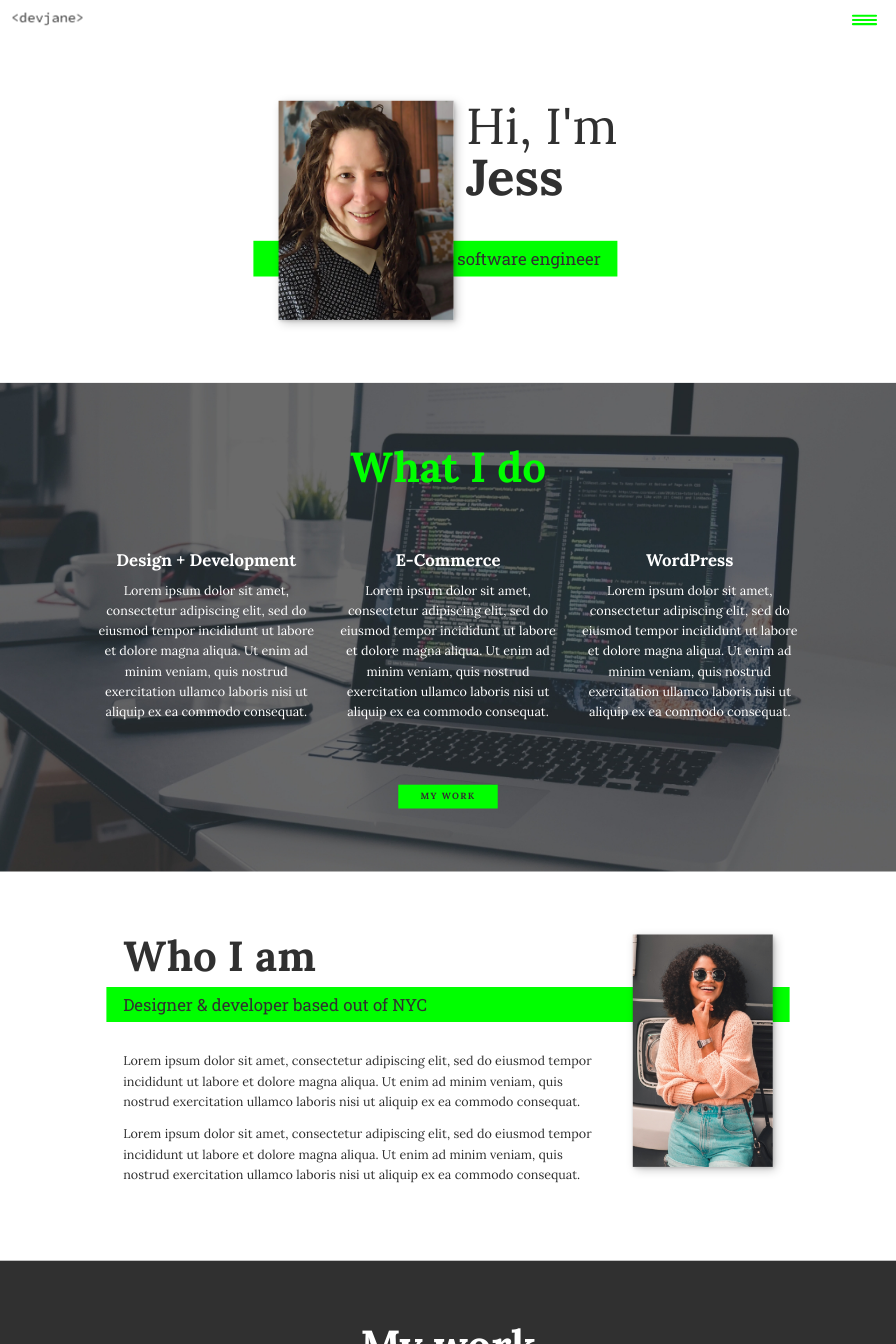
Repository: DinoDime/site
Page: index.html
These files come from the project's save history. The page is drawn as it stood at one moment and after the next save; the edit follows.
The browser window is 1280 px wide. The pictures show the part of the page from y = 0 to 1920 px (the page is 3293 px tall before and 3275 px after), at 70% of full size.
Some web libraries are served in a nearby version.

Above is the page before, as saved 2021-04-29 08:01:36.

### index.html
<!DOCTYPE html>
<html lang="en">
  <head>
    <link
      rel="stylesheet"
      href="https://cdnjs.cloudflare.com/ajax/libs/normalize/8.0.1/normalize.css"
    />
    <meta charset="UTF-8" />
    <meta name="viewport" content="width=device-width, initial-scale=1.0" />
    <title>Jess Perschke</title>
    <link
      rel="stylesheet"
      href="https://cdnjs.cloudflare.com/ajax/libs/normalize/7.0.0/normalize.min.css"
    />
    <link
      rel="stylesheet"
      href="https://cdnjs.cloudflare.com/ajax/libs/font-awesome/5.11.2/css/all.css"
      integrity="sha256-46qynGAkLSFpVbEBog43gvNhfrOj+BmwXdxFgVK/Kvc="
      crossorigin="anonymous"
    />

    <!-- Update these with your own fonts -->
    <link
      href="https://fonts.googleapis.com/css?family=Lora:400,700|Roboto+Slab:400,700&display=swap"
      rel="stylesheet"
    />

    <link rel="stylesheet" href="css/style.css" />
  </head>
  <body>
    <header>
      <div class="logo">
        <img src="img/devjane.png" alt="" />
      </div>
      <button class="nav-toggle" aria-label="toggle navigation">
        <span class="hamburger"></span>
      </button>
      <nav class="nav">
        <ul class="nav__list">
          <li class="nav__item"><a href="#home" class="nav__link">Home</a></li>
          <li class="nav__item">
            <a href="#services" class="nav__link">My Services</a>
          </li>
          <li class="nav__item">
            <a href="#about" class="nav__link">About me</a>
          </li>
          <li class="nav__item">
            <a href="#work" class="nav__link">My Work</a>
          </li>
        </ul>
      </nav>
    </header>

    <!-- Introduction -->
    <section class="intro" id="home">
      <h1 class="section__title section__title--intro">
        Hi, I'm <strong>Jess</strong>
      </h1>
      <p class="section__subtitle section__subtitle--intro">
        software engineer
      </p>
      <img
        src="img/jess.jpg"
        alt="a picture of Jess Perschke smiling"
        class="intro__img"
      />
    </section>

    <!-- My services -->
    <section class="my-services" id="services">
      <h2 class="section__title section__title--services">What I do</h2>
      <div class="services">
        <div class="service">
          <h3>Design + Development</h3>
          <p>
            Lorem ipsum dolor sit amet, consectetur adipiscing elit, sed do
            eiusmod tempor incididunt ut labore et dolore magna aliqua. Ut enim
            ad minim veniam, quis nostrud exercitation ullamco laboris nisi ut
            aliquip ex ea commodo consequat.
          </p>
        </div>
        <!-- / service -->

        <div class="service">
          <h3>E-Commerce</h3>
          <p>
            Lorem ipsum dolor sit amet, consectetur adipiscing elit, sed do
            eiusmod tempor incididunt ut labore et dolore magna aliqua. Ut enim
            ad minim veniam, quis nostrud exercitation ullamco laboris nisi ut
            aliquip ex ea commodo consequat.
          </p>
        </div>
        <!-- / service -->

        <div class="service">
          <h3>WordPress</h3>
          <p>
            Lorem ipsum dolor sit amet, consectetur adipiscing elit, sed do
            eiusmod tempor incididunt ut labore et dolore magna aliqua. Ut enim
            ad minim veniam, quis nostrud exercitation ullamco laboris nisi ut
            aliquip ex ea commodo consequat.
          </p>
        </div>
        <!-- / service -->
      </div>
      <!-- / services -->

      <a href="#work" class="btn">My Work</a>
    </section>

    <!-- About me -->
    <section class="about-me" id="about">
      <h2 class="section__title section__title--about">Who I am</h2>
      <p class="section__subtitle section__subtitle--about">
        Designer & developer based out of NYC
      </p>

      <div class="about-me__body">
        <p>
          Lorem ipsum dolor sit amet, consectetur adipiscing elit, sed do
          eiusmod tempor incididunt ut labore et dolore magna aliqua. Ut enim ad
          minim veniam, quis nostrud exercitation ullamco laboris nisi ut
          aliquip ex ea commodo consequat.
        </p>
        <p>
          Lorem ipsum dolor sit amet, consectetur adipiscing elit, sed do
          eiusmod tempor incididunt ut labore et dolore magna aliqua. Ut enim ad
          minim veniam, quis nostrud exercitation ullamco laboris nisi ut
          aliquip ex ea commodo consequat.
        </p>
      </div>

      <img
        src="img/dev-jane-02.jpg"
        alt="Jane leaning against a bus"
        class="about-me__img"
      />
    </section>

    <!-- My Work -->
    <section class="my-work" id="work">
      <h2 class="section__title section__title--work">My work</h2>
      <p class="section__subtitle section__subtitle--work">
        A selection of my range of work
      </p>

      <div class="portfolio">
        <!-- Portfolio item 01 -->
        <a href="portfolio-item.html" class="portfolio__item">
          <img src="img/portfolio-01.jpg" alt="" class="portfolio__img" />
        </a>

        <!-- Portfolio item 02 -->
        <a href="portfolio-item.html" class="portfolio__item">
          <img src="img/portfolio-02.jpg" alt="" class="portfolio__img" />
        </a>

        <!-- Portfolio item 03 -->
        <a href="portfolio-item.html" class="portfolio__item">
          <img src="img/portfolio-03.jpg" alt="" class="portfolio__img" />
        </a>

        <!-- Portfolio item 04 -->
        <a href="portfolio-item.html" class="portfolio__item">
          <img src="img/portfolio-04.jpg" alt="" class="portfolio__img" />
        </a>

        <!-- Portfolio item 05 -->
        <a href="portfolio-item.html" class="portfolio__item">
          <img src="img/portfolio-05.jpg" alt="" class="portfolio__img" />
        </a>

        <!-- Portfolio item 06 -->
        <a href="portfolio-item.html" class="portfolio__item">
          <img src="img/portfolio-06.jpg" alt="" class="portfolio__img" />
        </a>

        <!-- Portfolio item 07 -->
        <a href="portfolio-item.html" class="portfolio__item">
          <img src="img/portfolio-07.jpg" alt="" class="portfolio__img" />
        </a>

        <!-- Portfolio item 08 -->
        <a href="#" class="portfolio__item">
          <img src="img/portfolio-08.jpg" alt="" class="portfolio__img" />
        </a>

        <!-- Portfolio item 09 -->
        <a href="#" class="portfolio__item">
          <img src="img/portfolio-09.jpg" alt="" class="portfolio__img" />
        </a>

        <!-- Portfolio item 0 0-->
        <a href="#" class="portfolio__item">
          <img src="img/portfolio-10.jpg" alt="" class="portfolio__img" />
        </a>
      </div>
    </section>

    <!-- Footer -->
    <footer class="footer">
      <!-- replace with your own email address -->
      <a href="mailto:hello@jane.dev" class="footer__link">hello@jane.dev</a>
      <ul class="social-list">
        <li class="social-list__item">
          <a class="social-list__link" href="https://codepen.io">
            <i class="fab fa-codepen"></i>
          </a>
        </li>
        <li class="social-list__item">
          <a class="social-list__link" href="http://dribbble.com">
            <i class="fab fa-dribbble"></i>
          </a>
        </li>
        <li class="social-list__item">
          <a class="social-list__link" href="https://twitter.com">
            <i class="fab fa-twitter"></i>
          </a>
        </li>
        <li class="social-list__item">
          <a class="social-list__link" href="https://github.com">
            <i class="fab fa-github"></i>
          </a>
        </li>
      </ul>
    </footer>

    <script src="js/index.js"></script>
  </body>
</html>

### css/style.css
*,
*::before,
*::after {
  box-sizing: border-box;
}

/* Custom Properties, update these for your own design */

:root {
  --ff-primary: "Lora", serif;
  --ff-secondary: "Roboto Slab", serif;

  --fw-reg: 400;
  --fw-bold: 700;

  --clr-light: #fff;
  --clr-dark: #303030;
  --clr-accent: lime;

  --fs-h1: 3rem;
  --fs-h2: 2.25rem;
  --fs-h3: 1.25rem;
  --fs-body: 1rem;

  --bs: 0.25em 0.25em 0.75em rgba(0, 0, 0, 0.25),
    0.125em 0.125em 0.25em rgba(0, 0, 0, 0.15);
}

@media (min-width: 800px) {
  :root {
    --fs-h1: 4.5rem;
    --fs-h2: 3.75rem;
    --fs-h3: 1.5rem;
    --fs-body: 1.125rem;
  }
}

/* General styles */

/* endable this to add smooth scrolling */
/* html {
    scroll-behavior: smooth;
} */

body {
  background: var(--clr-light);
  color: var(--clr-dark);
  margin: 0;
  font-family: var(--ff-primary);
  font-size: var(--fs-body);
  line-height: 1.6;
}

section {
  padding: 5em 2em;
}

img {
  display: block;
  max-width: 100%;
}

strong {
  font-weight: var(--fw-bold);
}

:focus {
  outline: 3px solid var(--clr-accent);
  outline-offset: 3px;
}

/* Buttons */

.btn {
  display: inline-block;
  padding: 0.5em 2.5em;
  background: var(--clr-accent);
  color: var(--clr-dark);
  text-decoration: none;
  cursor: pointer;
  font-size: 0.8rem;
  text-transform: uppercase;
  letter-spacing: 2px;
  font-weight: var(--fw-bold);
  transition: transform 200ms ease-in-out;
}

.btn:hover {
  transform: scale(1.1);
}

/* Typography */

h1,
h2,
h3 {
  line-height: 1;
  margin: 0;
}

h1 {
  font-size: var(--fs-h1);
}
h2 {
  font-size: var(--fs-h2);
}
h3 {
  font-size: var(--fs-h3);
}

.section__title {
  margin-bottom: 0.25em;
}

.section__title--intro {
  font-weight: var(--fw-reg);
}

.section__title--intro strong {
  display: block;
}

.section__subtitle {
  margin: 0;
  font-size: var(--fs-h3);
}

.section__subtitle--intro,
.section__subtitle--about {
  background: var(--clr-accent);
  padding: 0.25em 1em;
  font-family: var(--ff-secondary);
  margin-bottom: 1em;
}

.section__subtitle--work {
  color: var(--clr-accent);
  font-weight: var(--fw-bold);
  margin-bottom: 2em;
}

/* header */

header {
  display: flex;
  justify-content: space-between;
  padding: 1em;
}

.logo {
  max-width: 100px;
}

.nav {
  position: fixed;
  background: var(--clr-dark);
  color: var(--clr-light);
  top: 0;
  bottom: 0;
  left: 0;
  right: 0;
  z-index: 100;

  transform: translateX(100%);
  transition: transform 250ms cubic-bezier(0.5, 0, 0.5, 1);
}

.nav__list {
  list-style: none;
  display: flex;
  height: 100%;
  flex-direction: column;
  justify-content: space-evenly;
  align-items: center;
  margin: 0;
  padding: 0;
}

.nav__link {
  color: inherit;
  font-weight: var(--fw-bold);
  font-size: var(--fs-h2);
  text-decoration: none;
}

.nav__link:hover {
  color: var(--clr-accent);
}

.nav-toggle {
  padding: 0.5em;
  background: transparent;
  border: 0;
  cursor: pointer;
  position: absolute;
  right: 1em;
  top: 1em;
  z-index: 1000;
}

.nav-open .nav {
  transform: translateX(0);
}

.nav-open .nav-toggle {
  position: fixed;
}

.nav-open .hamburger {
  transform: rotate(0.625turn);
}

.nav-open .hamburger::before {
  transform: rotate(90deg) translateX(-6px);
}

.nav-open .hamburger::after {
  opacity: 0;
}

.hamburger {
  display: block;
  position: relative;
}

.hamburger,
.hamburger::before,
.hamburger::after {
  background: var(--clr-accent);
  width: 2em;
  height: 3px;
  border-radius: 1em;
  transition: transform 250ms ease-in-out;
}

.hamburger::before,
.hamburger::after {
  content: "";
  position: absolute;
  left: 0;
  right: 0;
}

.hamburger::before {
  top: 6px;
}
.hamburger::after {
  bottom: 6px;
}

/*  Intro section  */

.intro {
  position: relative;
}

.intro__img {
  box-shadow: var(--bs);
}

.section__subtitle--intro {
  display: inline-block;
}

@media (min-width: 600px) {
  .intro {
    display: grid;
    width: min-content;
    margin: 0 auto;
    grid-column-gap: 1em;
    grid-template-areas:
      "img title"
      "img subtitle";
    grid-template-columns: min-content max-content;
  }

  .intro__img {
    grid-area: img;
    min-width: 250px;
    position: relative;
    z-index: 2;
  }

  .section__subtitle--intro {
    align-self: start;
    grid-column: -1 / 1;
    grid-row: 2;
    text-align: right;
    position: relative;
    left: -1.5em;
    width: calc(100% + 1.5em);
  }
}

/*  My services section  */

.my-services {
  background-color: var(--clr-dark);
  background-image: url(../img/services-bg.jpg);
  background-size: cover;
  /* background-blend-mode: multiply; */
  color: var(--clr-light);
  text-align: center;
}

.section__title--services {
  color: var(--clr-accent);
  position: relative;
}

.section__title--services::after {
  content: "";
  display: block;
  width: 2em;
  height: 1px;
  margin: 0.5em auto 1em;
  background: var(--clr-light);
  opacity: 0.25;
}

.services {
  margin-bottom: 4em;
}

.service {
  max-width: 500px;
  margin: 0 auto;
}

@media (min-width: 800px) {
  .services {
    display: flex;
    max-width: 1000px;
    margin-left: auto;
    margin-right: auto;
  }

  .service + .service {
    margin-left: 2em;
  }
}

.about-me {
  max-width: 1000px;
  margin: 0 auto;
}

.about-me__img {
  box-shadow: var(--bs);
}

@media (min-width: 600px) {
  .about-me {
    display: grid;
    grid-template-columns: 1fr 200px;
    grid-template-areas:
      "title img"
      "subtitle img"
      "text img";
    grid-column-gap: 2em;
  }

  .section__title--about {
    grid-area: title;
  }

  .section__subtitle--about {
    grid-column: 1 / -1;
    grid-row: 2;
    position: relative;
    left: -1em;
    width: calc(100% + 2em);
    padding-left: 1em;
    padding-right: calc(200px + 4em);
  }

  .about-me__img {
    grid-area: img;
    position: relative;
    z-index: 2;
  }
}

/* My Work */

.my-work {
  background-color: var(--clr-dark);
  color: var(--clr-light);
  text-align: center;
}

.portfolio {
  display: grid;
  grid-template-columns: repeat(auto-fit, minmax(300px, 1fr));
}

.portfolio__item {
  background: var(--clr-accent);
  overflow: hidden;
}

.portfolio__img {
  transition: transform 750ms cubic-bezier(0.5, 0, 0.5, 1), opacity 250ms linear;
}

.portfolio__item:focus {
  position: relative;
  z-index: 2;
}

.portfolio__img:hover,
.portfolio__item:focus .portfolio__img {
  transform: scale(1.2);
  opacity: 0.5;
}

/* footer */

.footer {
  background: #111;
  color: var(--clr-accent);
  text-align: center;
  padding: 2.5em 0;
  font-size: var(--fs-h3);
}

.footer a {
  color: inherit;
  text-decoration: none;
}

.footer__link {
  font-weight: var(--fw-bold);
}

.footer__link:hover,
.social-list__link:hover {
  opacity: 0.7;
}

.footer__link:hover {
  text-decoration: underline;
}

.social-list {
  list-style: none;
  display: flex;
  justify-content: center;
  margin: 2em 0 0;
  padding: 0;
}

.social-list__item {
  margin: 0 0.5em;
}

.social-list__link {
  padding: 0.5em;
}

/* Individual portfolio item styles */

.portfolio-item-individual {
  padding: 0 2em 2em;
  max-width: 1000px;
  margin: 0 auto;
}

.portfolio-item-individual p {
  max-width: 600px;
  margin-left: auto;
  margin-right: auto;
}

Loaded but not shown: js/index.js (no copy from this time; the picture is the same without it)

After the next save:
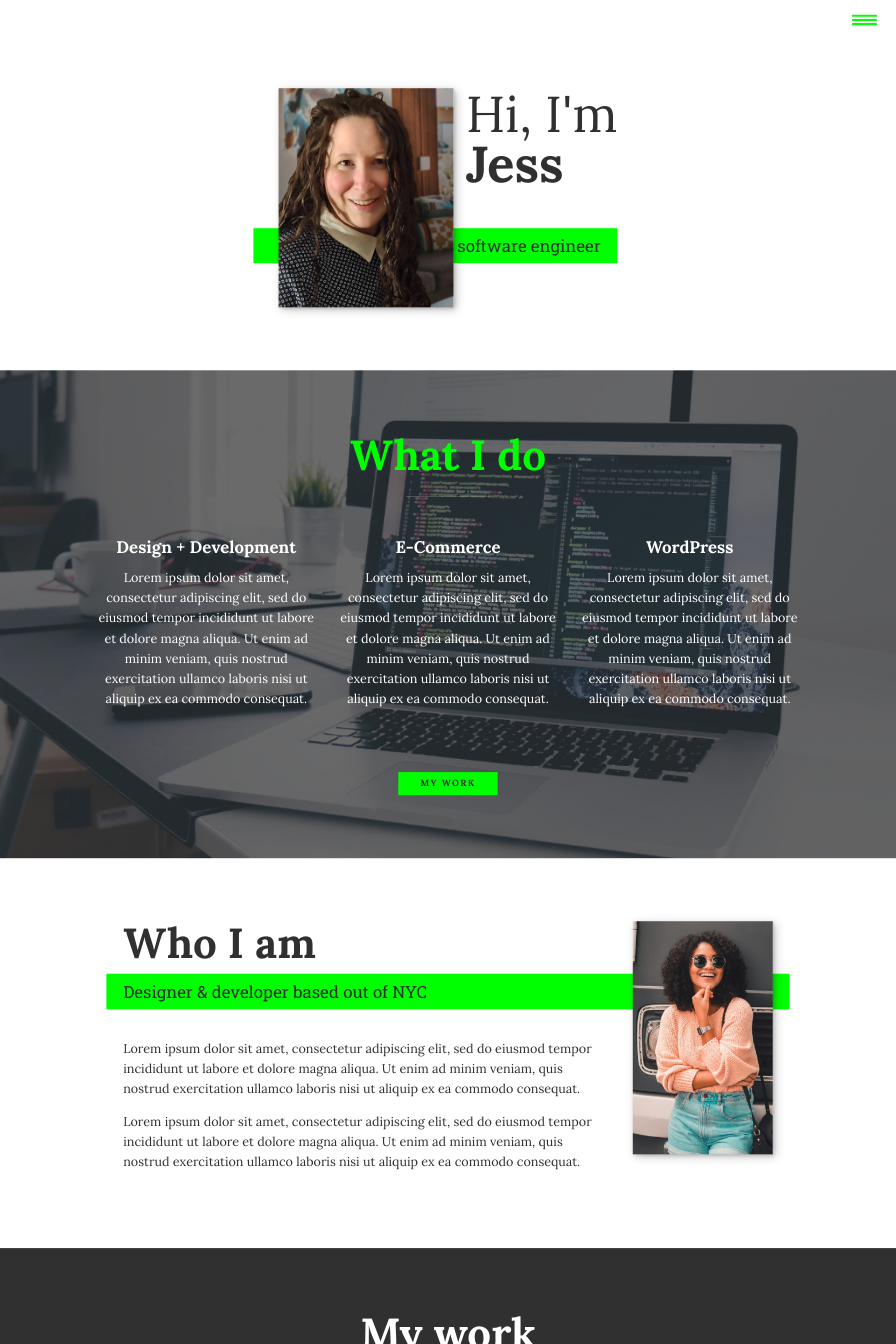
Saved 75 s later.
--- a/index.html
+++ b/index.html
@@ -29,9 +29,6 @@
   </head>
   <body>
     <header>
-      <div class="logo">
-        <img src="img/devjane.png" alt="" />
-      </div>
       <button class="nav-toggle" aria-label="toggle navigation">
         <span class="hamburger"></span>
       </button>
